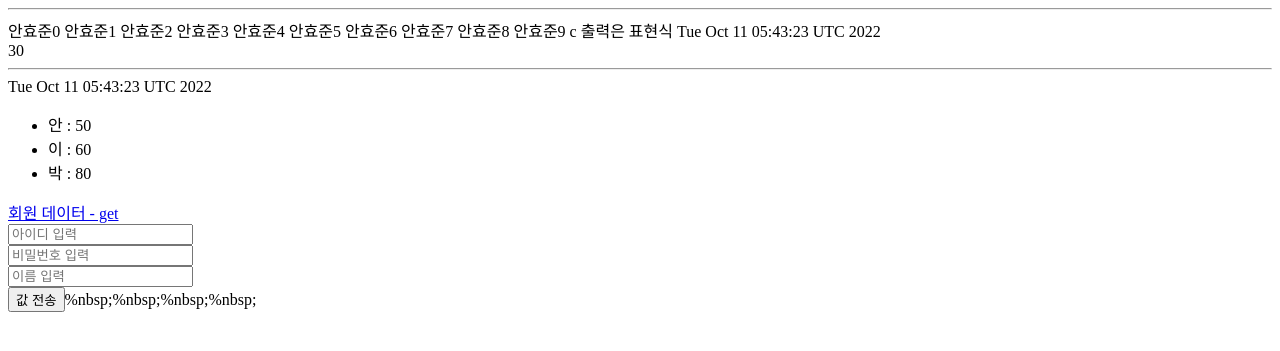
Repository: HyoJun-A/jsp
Page: http://localhost/practice01/
An editor plug-in stored every save of this project. The page is shown before and after the next save, followed by the edit.
The browser window is 1280 px wide. The pictures show the whole page.
The page is served by Tomcat 9.

Above is the page before, as saved 2022-10-11 06:48:13.

After the next save:
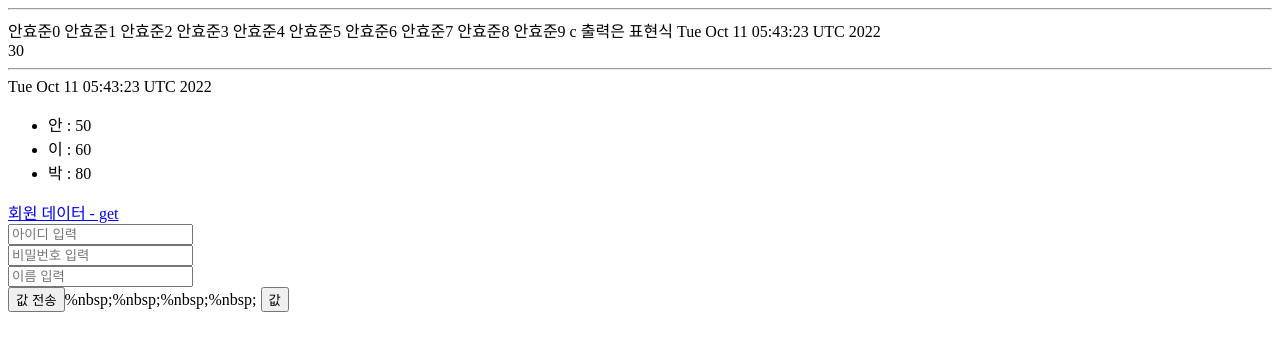
Saved 11 s later.
--- a/practice01/WebContent/index.jsp
+++ b/practice01/WebContent/index.jsp
@@ -56,6 +56,7 @@
 		<input type="password" name="pw" id="pw" placeholder="비밀번호 입력"><br>
 		<input name="name" id="name" placeholder="이름 입력"><br>
 		<input type="submit" value="값 전송">%nbsp;%nbsp;%nbsp;%nbsp;
+		<input type="submit" value="값">
 	</form>
 	<div id="msg">
 		<%
